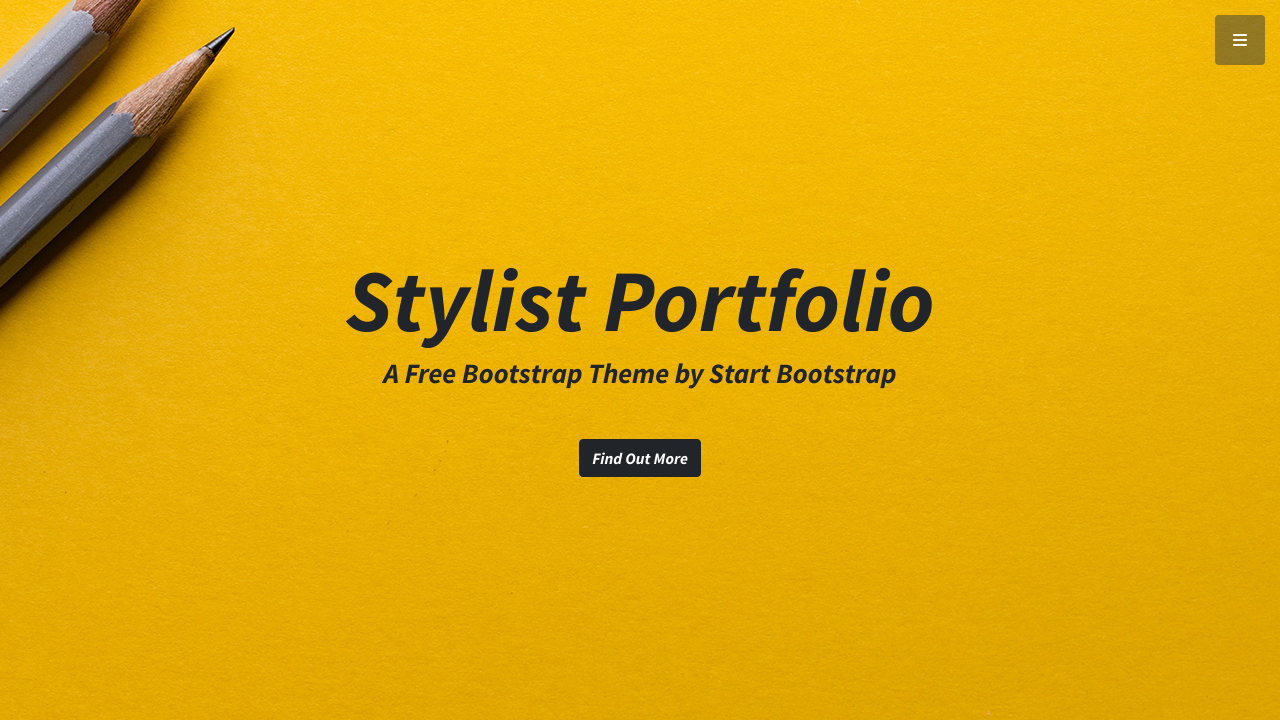
Repository: hoangpino/VE_FE_FrameWork_005
Page: lab06/index.html
An editor plug-in stored every save of this project. The page is shown before and after the next save, followed by the edit.
The browser window is 1280 px wide. The pictures show the whole page.

Above is the page before, as saved 2021-10-02 19:59:14.

After the next save:
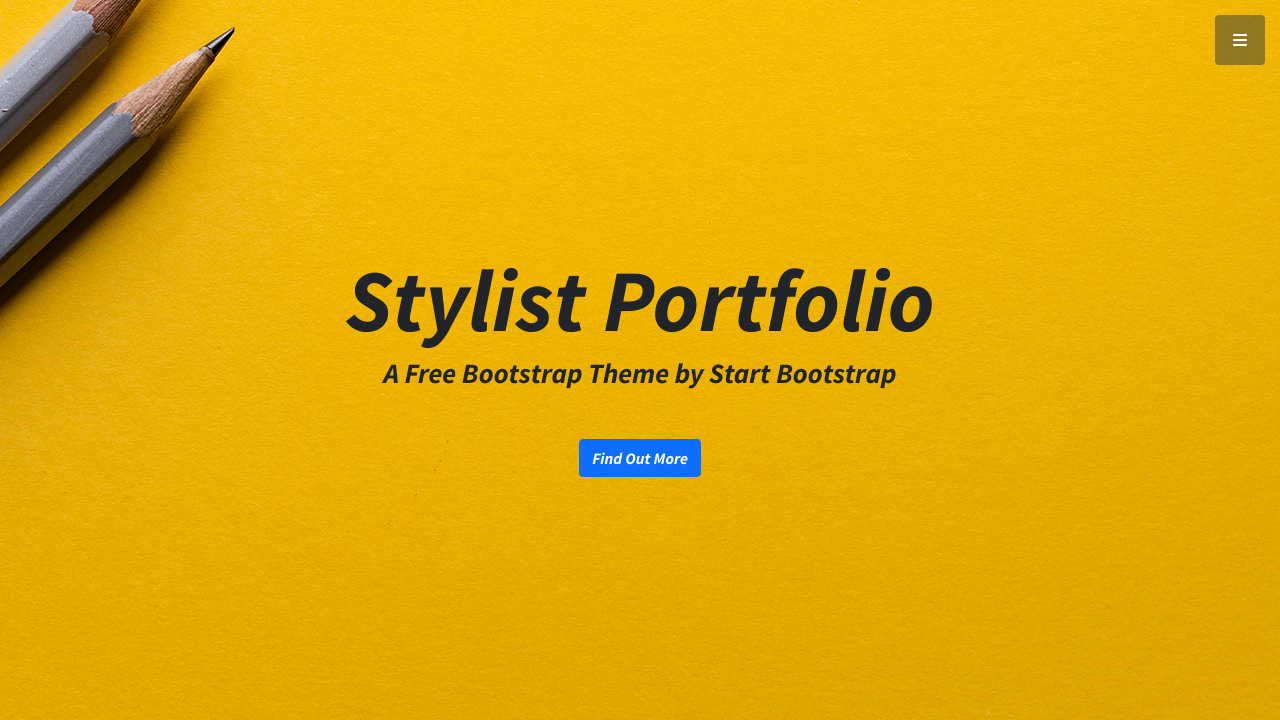
Saved 21 s later.
--- a/lab06/index.html
+++ b/lab06/index.html
@@ -49,7 +49,7 @@
         <div class="container text-center">
             <h1 class="m-1">Stylist Portfolio</h1>
             <h3 class="mb-5">A Free Bootstrap Theme by Start Bootstrap </h3>
-            <a href="" class="btn btn-dark btn-xl">Find Out More</a>
+            <a href="" class="btn btn-primary btn-xl">Find Out More</a>
         </div>
     </header>
     <script src="https://cdn.jsdelivr.net/npm/bootstrap@5.1.1/dist/js/bootstrap.bundle.min.js"
